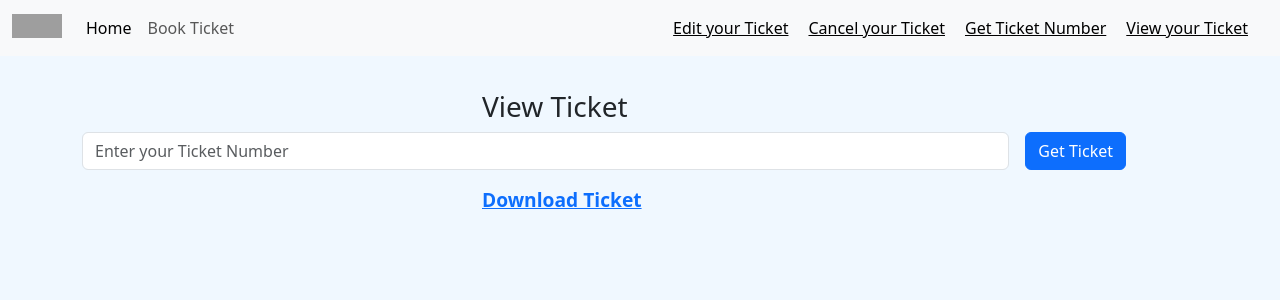
Repository: MayankSardana/Book-My-Ticket
Page: http://localhost/Ticket
An editor plug-in stored every save of this project. The page is shown before and after the next save, followed by the edit.
The browser window is 1280 px wide. The pictures show the whole page.
Pictures or frames that could not be fetched are drawn as grey boxes. The page is this project's Thymeleaf template; nobody is signed in. The template is opened directly, without the code that normally fills it, so the values that code supplies are empty.

Above is the page before, as saved 2024-07-02 09:28:18.

After the next save:
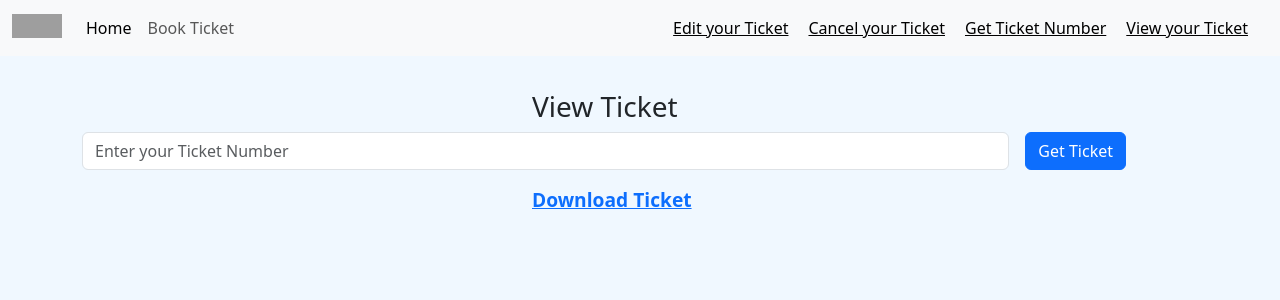
Saved 10 s later.
--- a/BookMyTicket/src/main/resources/templates/Ticket.html
+++ b/BookMyTicket/src/main/resources/templates/Ticket.html
@@ -8,11 +8,11 @@
     <style>
         .hh{
               margin-top: 10px;
-              margin-left:400px;
+              margin-left:450px;
         }
 
         .a{
-            margin-left:400px;
+            margin-left:450px;
             font-size: larger;
             font-weight: 600;
         }
